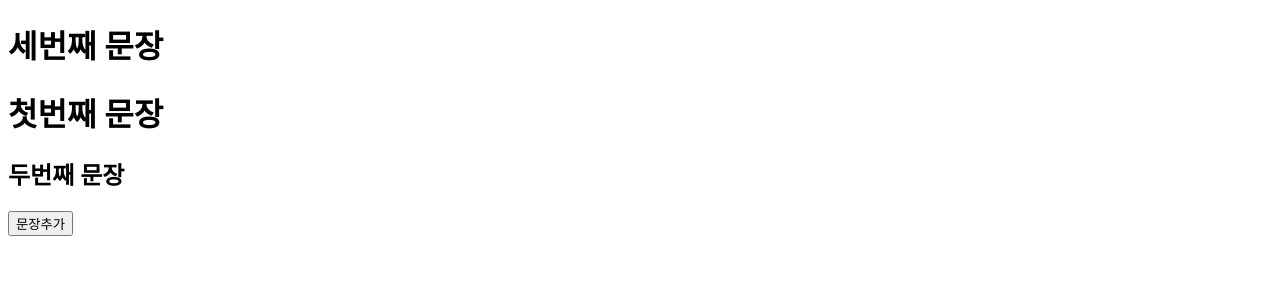
Repository: chopilyeon/JavaWeb
Page: LectureWeb/src/main/webapp/jquery/exam04.html
An editor plug-in stored every save of this project. The page is shown before and after the next save, followed by the edit.
The browser window is 1280 px wide. The pictures show the whole page.

Above is the page before, as saved 2022-05-30 07:57:47.

### LectureWeb/src/main/webapp/jquery/exam04.html
<!DOCTYPE html>
<html>
<head>
<meta charset="UTF-8">
<title>Insert title here</title>

<script src ="https://code.jquery.com/jquery-3.6.0.js"></script>
<script>
$(document).ready(function(){
/*
	$('#btn01').click(function(){
		let h1Tag=document.createElement('h1')
		let text=document.createTextNode("세번째 문장")
		h1Tag.appendChild(text)
		let divTag=document.querySelector('div')
		divTag
		divTag.appendChild(h1Tag)
	})
*/
	//$('div').append('<h1>세번째 문장</h1>')
	$('div').prepend('<h1>세번째 문장</h1>') // 이거는 큰자식으로 들어가게 됨
	//div의 자식태그로 넣어주겠다 이거임. 위에꺼보다 훨씬 간단함.



})
</script>



</head>
<body>
	<div>
		<h1>첫번째 문장</h1>
		<h2>두번째 문장</h2>
	</div>
	<button id="btn01">문장추가</button>


</body>
</html>

After the next save:
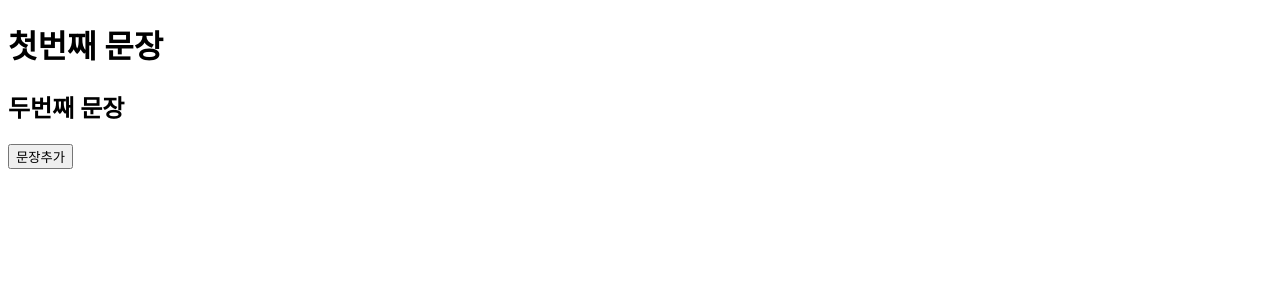
Saved 25 s later.
--- a/LectureWeb/src/main/webapp/jquery/exam04.html
+++ b/LectureWeb/src/main/webapp/jquery/exam04.html
@@ -16,11 +16,12 @@ $(document).ready(function(){
 		divTag
 		divTag.appendChild(h1Tag)
 	})
-*/
+*/	$('#btn01').click(function(){
+
 	//$('div').append('<h1>세번째 문장</h1>')
 	$('div').prepend('<h1>세번째 문장</h1>') // 이거는 큰자식으로 들어가게 됨
 	//div의 자식태그로 넣어주겠다 이거임. 위에꺼보다 훨씬 간단함.
-
+})
 
 
 })
